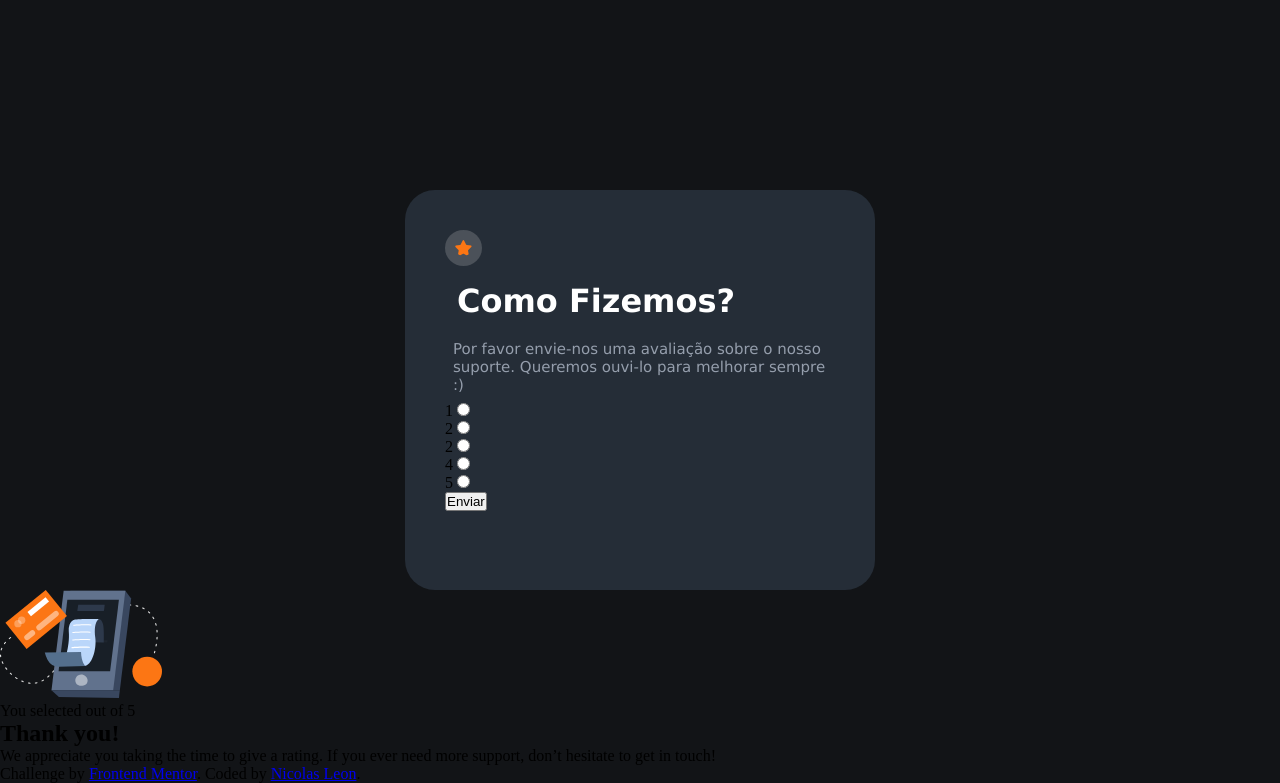
Repository: Leonngc/projeto-avaliacao
Page: index.html
The author's editor kept a copy of each file at every save. The page is drawn from the files as they stood at one save, then again after the next save.
The browser window is 1280 px wide. The pictures show the whole page.

Above is the page before, as saved 2023-01-29 20:01:05.
Console error: SyntaxError: Unexpected token ')'

### index.html
<!DOCTYPE html>
<html lang="pt-br">
<head>
  <meta charset="UTF-8">
  <meta name="viewport" content="width=device-width, initial-scale=1.0"> <!-- displays site properly based on user's device -->

  <link rel="icon" type="image/png" sizes="32x32" href="./images/favicon-32x32.png">
  <script src="js/index.js" defer></script>

  <title>Frontend Mentor | Interactive rating component</title>

  <link rel="stylesheet" href="styles/style.css">
</head>
<body>

  <!-- Rating state start -->
      <div id="card">
        <img src="images/icon-star.svg" alt="" id="icon">
        <div id="mensage">
          <h1>Como Fizemos?</h1>
          <p>Por favor envie-nos uma avaliação sobre o nosso suporte. Queremos ouvi-lo para melhorar sempre :)</p>
        </div>
        <div id="ratting">
          <div>
            <label for="ratting-one">1</label> <input type="radio" class="ratting-btn" id="ratting-one" name="ratting">
          </div>
          <div>
            <label for="ratting-two">2</label> <input type="radio" class="ratting-btn" id="ratting-two" name="ratting">
          </div>
          <div>
            <label for="ratting-three">2</label> <input type="radio" class="ratting-btn" id="ratting-three" name="ratting">
          </div>
          <div>
            <label for="ratting-four">4</label> <input type="radio" class="ratting-btn" id="ratting-four" name="ratting">
          </div>
          <div>
            <label for="ratting-five">5</label> <input type="radio" class="ratting-btn" id="ratting-five" name="ratting">
          </div>
          <input type="button" value="Enviar" onclick="sent()">
                </div>
        </div>

  <!-- Rating state end -->

  <!-- Thank you state start -->

  <section id="result-avaliation" class="avaliation-form">
    <div id="thank-image">
      <img src="images/illustration-thank-you.svg" alt="">
    </div>


      <p id="avaliation-user">You selected <!--ratting result --> out of 5</p>
      <h1>Thank you!</h1>
      <p id="thanks-mensage">
        We appreciate you taking the time to give a rating. If you ever need more support,
        don’t hesitate to get in touch!
      </p>
  </section>

  <!-- Thank you state end -->


  <footer class="attribution">
    Challenge by <a href="https://www.frontendmentor.io?ref=challenge" target="_blank">Frontend Mentor</a>.
    Coded by <a href="#">Nicolas Leon</a>.
  </footer>
</body>
</html>

### js/index.js
switch () {
    case value:

        break;

    default:
        break;
}

### styles/style.css
:root {
  --very-dark-blue: hsl(216, 12%, 8%);
  --dark-blue: hsl(213, 19%, 18%);
  --medium-grey: hsl(216, 12%, 54%);
  --light-grey: hsl(217, 12%, 63%);
}

* {
  margin: 0;
  padding: 0;
  box-sizing: border-box;
}

body{
  background-color: var(--very-dark-blue);
}

#card{
  background-color: var(--dark-blue);
  margin: auto;
  margin-top: 190px;
  width: 470px;
  height: 400px;
  padding: 40px;
  border-radius: 30px;
}

#icon{
  background-color: rgba(211, 211, 211, 0.218);
  padding: 10px;
  border-radius: 50%;
}

#mensage > h1{
  font-family: 'Lucida Sans', 'Lucida Sans Regular', 'Lucida Grande', 'Lucida Sans Unicode', Geneva, Verdana, sans-serif;
  color: white;
  padding: 12px;
}

#mensage > p{
  padding: 8px;
  font-size: 15px;
  font-family: Verdana, Geneva, Tahoma, sans-serif;
  color: var(--light-grey);
}

#ratting

After the next save:
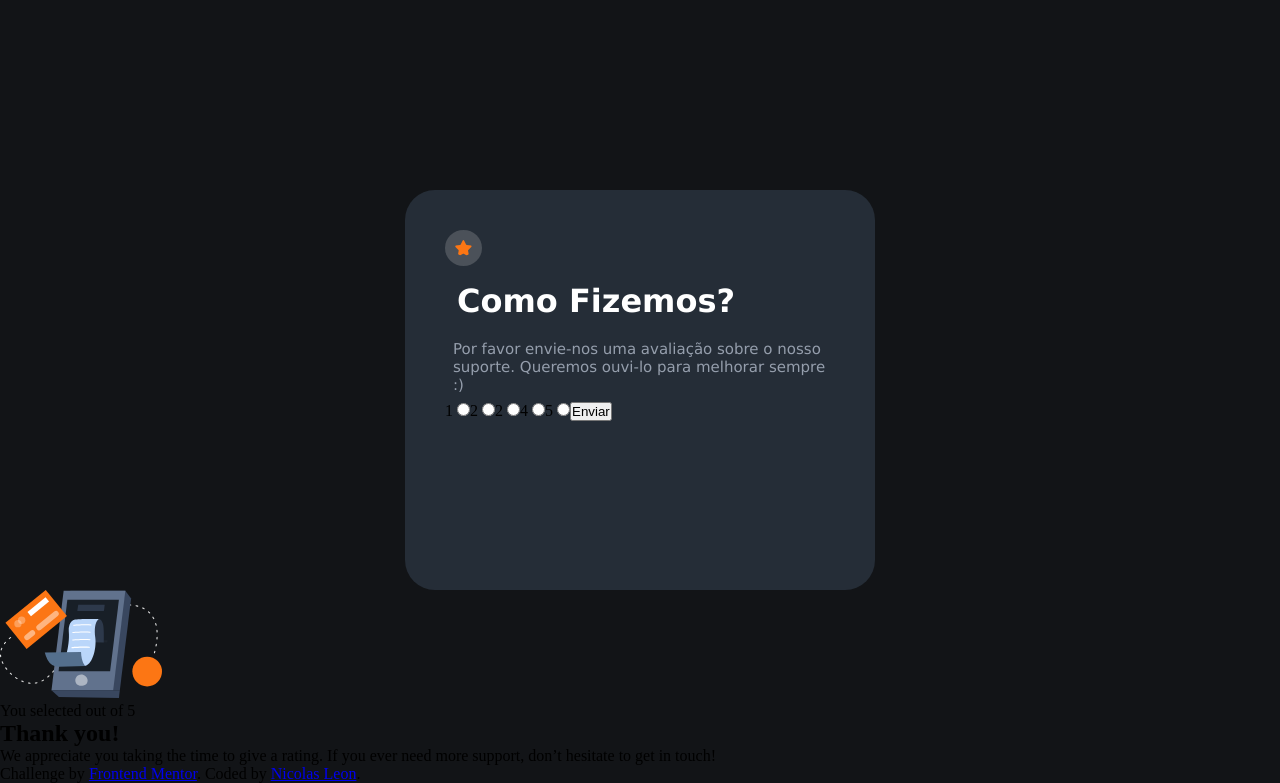
Saved 4 s later.
--- a/styles/style.css
+++ b/styles/style.css
@@ -44,4 +44,6 @@ body{
   color: var(--light-grey);
 }
 
-#ratting
+#ratting{
+  display: flex;
+}
